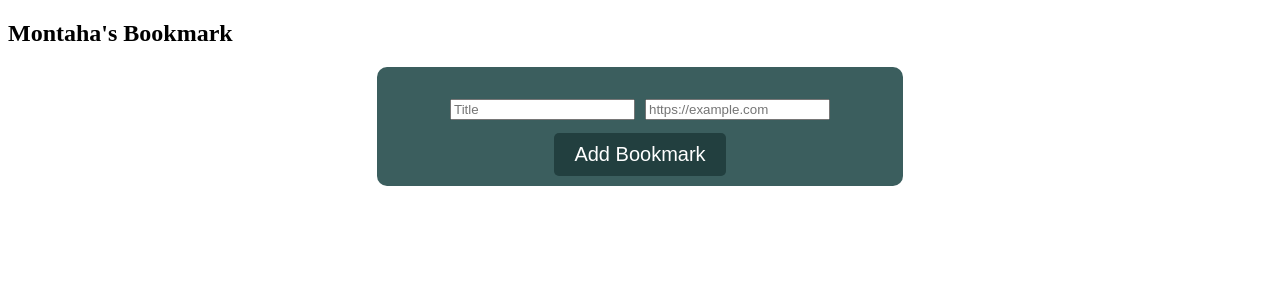
Repository: eidimontaha18-maker/finalproject
Page: index.html
These files come from the project's save history. The page is drawn as it stood at one moment and after the next save; the edit follows.
The browser window is 1280 px wide. The pictures show the whole page.

Above is the page before, as saved 2025-11-25 23:25:46.

After the next save:
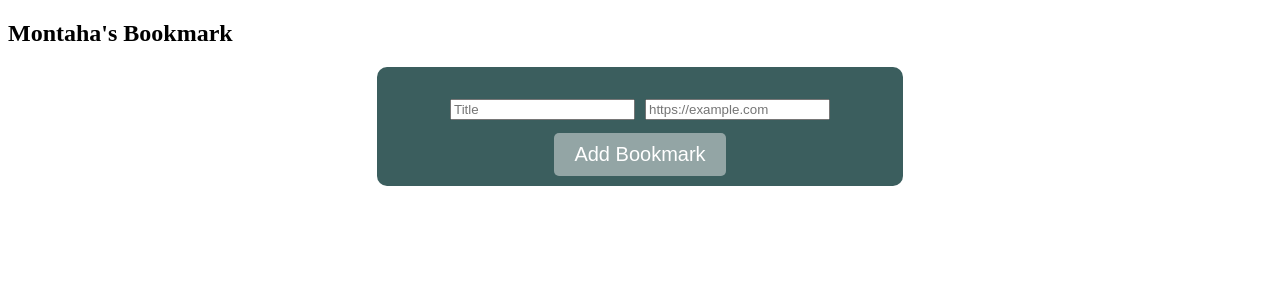
Saved 25 s later.
--- a/style.css
+++ b/style.css
@@ -8,7 +8,7 @@
     font-size: 40px;
 }
 #addbtn{
-    background-color: rgb(34, 63, 63);
+    background-color: rgb(147, 165, 165);
     color: white;
     padding: 10px 20px;
     border: none;
